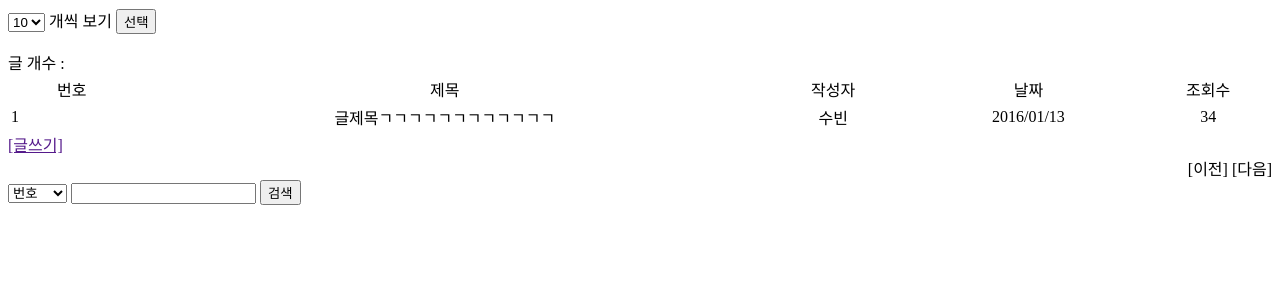
Repository: ekgus419/hckj
Page: http://localhost/Railro/WEB-INF/views/index.jsp
These files come from the project's save history. The page is drawn as it stood at one moment and after the next save; the edit follows.
The browser window is 1280 px wide. The pictures show the whole page.
The page is served by Tomcat 9. Nobody is signed in. Other server files are loaded and not shown. The template is opened directly, without the code that normally fills it, so the values that code supplies are empty.

Above is the page before, as saved 2016-08-18 07:36:44.

### Railro/src/main/webapp/WEB-INF/views/index.jsp
<%@ page language="java" pageEncoding="UTF-8" trimDirectiveWhitespaces="true"%>

<div class="content">
	<div class="setting">
		<div class="limit_setting">
			<form action="" method="get">
				<select name="limit">
					<option value="5">5</option>
					<option value="10" selected="selected">10</option>
					<option value="15">15</option>
					<option value="20">20</option>
				</select>
				개씩 보기
				<input class="submit" type="submit" value="선택"/>
			</form>
		</div>
		<span>글 개수 :</span>
	</div>
	<table class="list" width="100%">
		<tr class="list_col" align="center" valign="middle">
			<td width="8%">
				<div align="center">번호</div>
			</td>
			<td width="40%">
				<div align="center">제목</div>
			</td>
			<td width="10%">
				<div align="center">작성자</div>
			</td>
			<td width="15%">
				<div align="center">날짜</div>
			</td>
			<td width="8%">
				<div align="center">조회수</div>
			</td>
		</tr>
		<tr class="list_contents" align="center" valign="middle"
			onmouseover="this.style.backgroundColor='#E8E8E8'"
			onmouseout="this.style.backgroundColor=''">
			<td>
				<div align="left">1</div>
			</td>
			<td>
				<div align="center">글제목ㄱㄱㄱㄱㄱㄱㄱㄱㄱㄱㄱㄱ</div>
			</td>
			<td>
				<div align="center">수빈</div>
			</td>
			<td>
				<div align="center">2016/01/13</div>
			</td>
			<td>
				<div align="center">34</div>
			</td>
		</tr>
	</table>
	<div class="register_btn">
		<span>
			<a href="">[글쓰기]</a>
		</span>
	</div>
	<div class="paging" align="right">
	[이전]&nbsp;[다음]
	</div>
	<div class="search">
		<form action="" method="get">
			<select name="keyField">
				<option value="BOARD_NUM">번호</option>
				<option value="BOARD_ID">작성자</option>
				<option value="BOARD_SUBJECT">제목</option>
			</select>
			<input type="text" name="keyWord"/>
			<input class="submit" type="submit" value="검색"/>
		</form>
	</div>
</div>

After the next save:
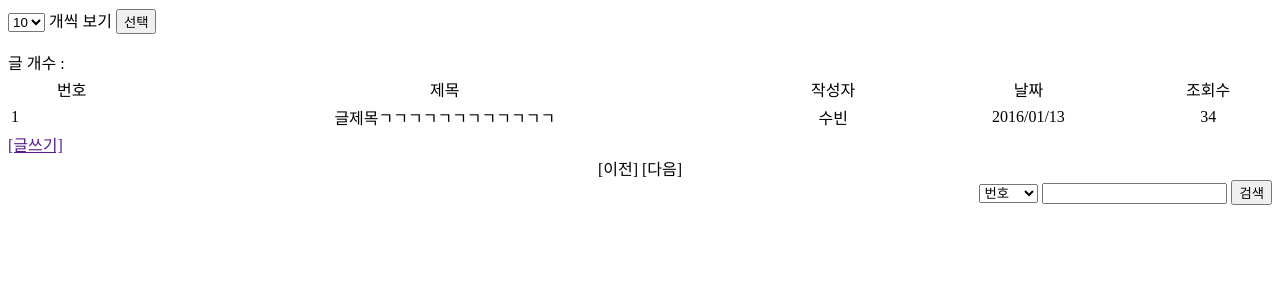
Saved 12 s later.
--- a/Railro/src/main/webapp/WEB-INF/views/index.jsp
+++ b/Railro/src/main/webapp/WEB-INF/views/index.jsp
@@ -59,10 +59,10 @@
 			<a href="">[글쓰기]</a>
 		</span>
 	</div>
-	<div class="paging" align="right">
+	<div class="paging" align="center">
 	[이전]&nbsp;[다음]
 	</div>
-	<div class="search">
+	<div class="search" align="right">
 		<form action="" method="get">
 			<select name="keyField">
 				<option value="BOARD_NUM">번호</option>
